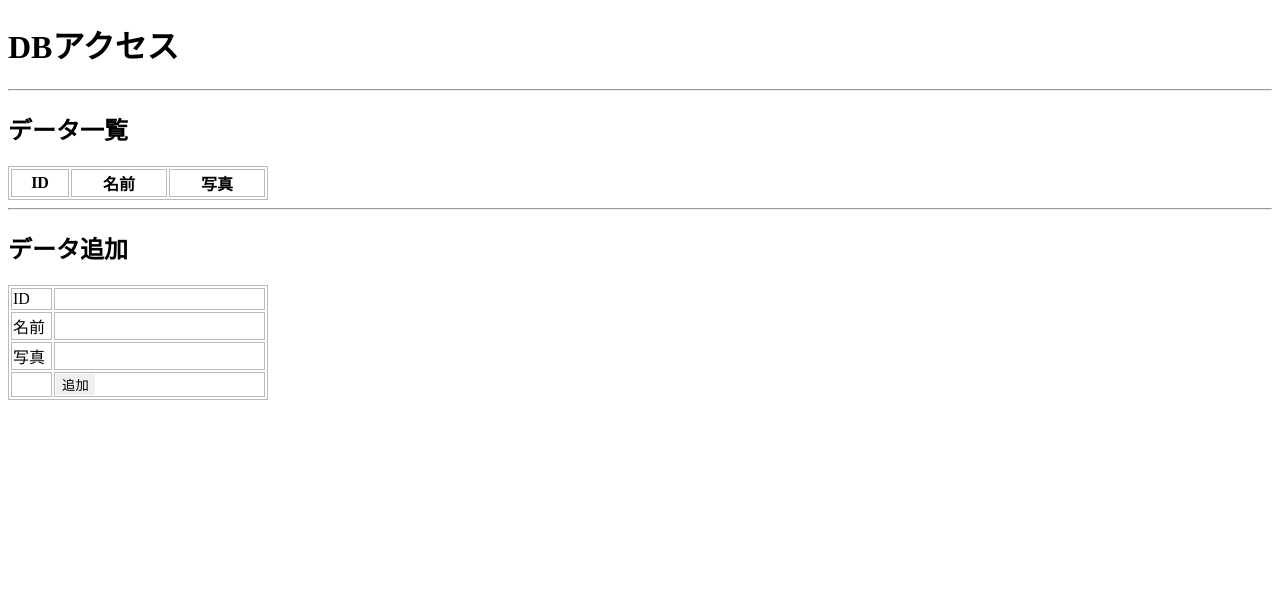
Repository: n1290118/systemDevelopment
Page: http://localhost/SampleSQL/select
These files come from the project's save history. The page is drawn as it stood at one moment and after the next save; the edit follows.
The browser window is 1280 px wide. The pictures show the whole page.
The page is served by Tomcat 9. Other server files are loaded and not shown. Queries for data that is not in the repository find no rows.

Above is the page before, as saved 2020-09-10 01:04:30.

### SampleSQL/WebContent/WEB-INF/select.jsp
<%@ page language="java" contentType="text/html; charset=UTF-8"
pageEncoding="UTF-8"%>
<%@ taglib prefix="c" uri="http://java.sun.com/jsp/jstl/core"%>
<!DOCTYPE html>
<html>
<head>
<meta charset="UTF-8">
<link href="/css/style.css" rel="stylesheet" type="text/css" />
<title> DB接続 </title>
</head>
<body>
<h1>DBアクセス</h1>
<hr>
<h2>データ一覧</h2>
<table class="select">
<tr>
		<th>ID</th>
		<th>名前</th>
		<th>写真</th>
</tr>
<c:forEach var="list" items="${list}">
<tr>
<td>${list.id}</td>
<td>${list.name}</td>
<td><img src="/image/${list.picture}" /></td>
</tr>
</c:forEach>
</table>
<hr>
<h2>データ追加</h2>
<form action="/insert" method="post">
	<table>
	<tr>
	<td>ID</td>
	<td><input type="text" name="insertId" /></td>
	</tr>
	<tr>
	<td>名前</td>
	<td><input type="text" name="insertName" /></td>
	</tr>
	<tr>
	<td>写真</td>
	<td><input type="text" name="insertPicture" /></td>
	</tr>
	<tr>
	<td></td>
	<td><input type="submit" value="追加"></td>
	</tr>
	</table>
	</form>
</body>
</html>

### SampleSQL/src/jp/ac/isc/cloud/UserSelectServlet.java
package jp.ac.isc.cloud;

		import java.io.*;
import java.sql.*;
import java.util.*;

import javax.servlet.*;
import javax.servlet.http.*;
		public class UserSelectServlet extends HttpServlet {
		private static final long serialVersionUID = 1L;
		protected void doGet(HttpServletRequest request, HttpServletResponse response)
		throws ServletException, IOException {
	try {
		//DB接続に使用するクラス
		Connection users = null;
		try {
		// MySQL用のJDBCドライバーのクラスをロードする
		Class.forName("com.mysql.jdbc.Driver");
		// SQLサーバーへの接続に関するインスタンスを取得する
		users = DriverManager.getConnection("jdbc:mysql://localhost/servlet_db",
		"root","");
		//レコードを管理する配列用意
		ArrayList<Member> list = new ArrayList<Member>();
		//SQLを実行するためのクラスを用意
		Statement state = users.createStatement();
		//SELECTした結果を入れるクラスを用意

		ResultSet result = state.executeQuery("SELECT * FROM user_table");

		//次のデータを取り出し、取り出すデータがない場合はfalseを返す

		while(result.next()) {
		String id = result.getString("id");
		String name = result.getString("name");
		String picture = result.getString("picture");
		//Memberクラスに1件ずつレコードを登録
		list.add(new Member(id,name,picture));

		}

		result.close(); //SQLの結果を受け取ったバッファを閉じる
		state.close(); //SQLを送信したStatementを閉じる
		users.close(); //DB接続を閉じる
		request.setAttribute("list",list);
		RequestDispatcher rd =
		getServletContext().getRequestDispatcher("/WEB-INF/select.jsp");
		rd.forward(request,response);
		//クラスが存在しなかったらエラーを表示
		}catch(ClassNotFoundException e) {
		e.printStackTrace();
		}
		//SQL実行時エラーが発生したら、エラーを表示
	}catch(SQLException e) {
	e.printStackTrace();
	}
	}
}

### SampleSQL/WebContent/css/style.css
@charset "UTF-8";

table {
	width: 260px;
}
table,th,td {
	border: 1px solid #bbb;
}
input{
	border-style:none;
}

After the next save:
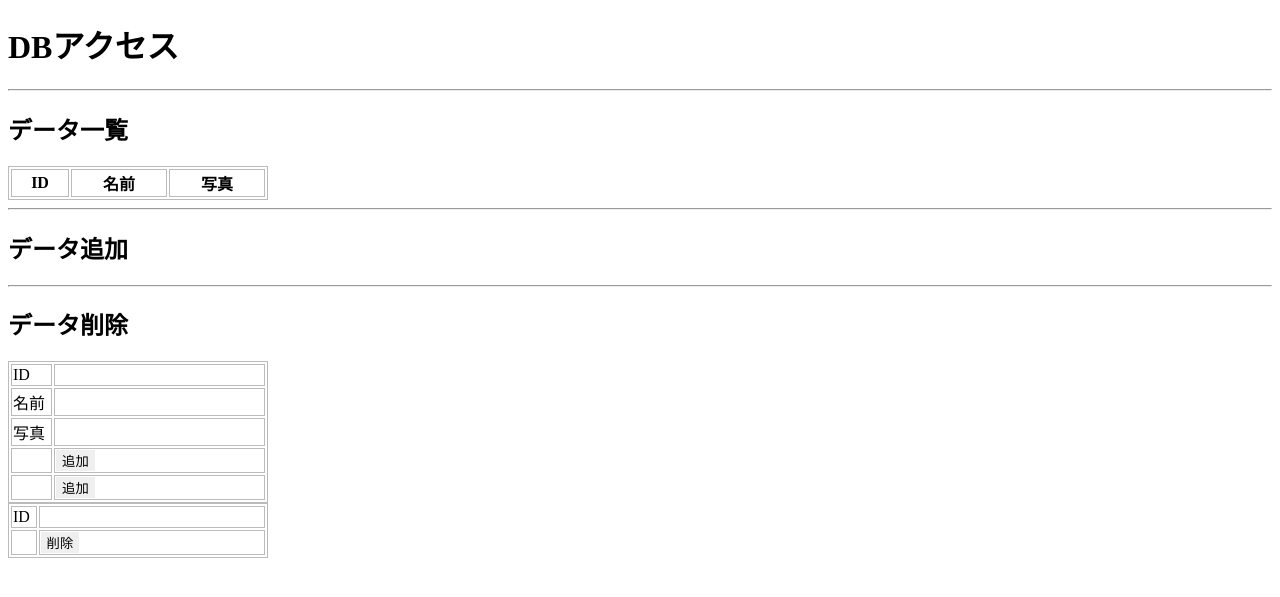
Saved 3 min 17 s later.
--- a/SampleSQL/WebContent/WEB-INF/select.jsp
+++ b/SampleSQL/WebContent/WEB-INF/select.jsp
@@ -46,6 +46,22 @@ pageEncoding="UTF-8"%>
 	<td></td>
 	<td><input type="submit" value="追加"></td>
 	</tr>
+	<tr>
+	<td></td>
+	<td><input type="submit" value="追加"></td>
+	</tr>
+	<hr>
+<h2>データ削除</h2>
+<form action="/delete" method="post">
+	<table>
+	<tr>
+	<td>ID</td>
+	<td><input type="text" name="deleteId" /></td>
+	</tr>
+	<tr>
+	<td></td>
+	<td><input type="submit" value="削除"></td>
+</tr>
 	</table>
 	</form>
 </body>
